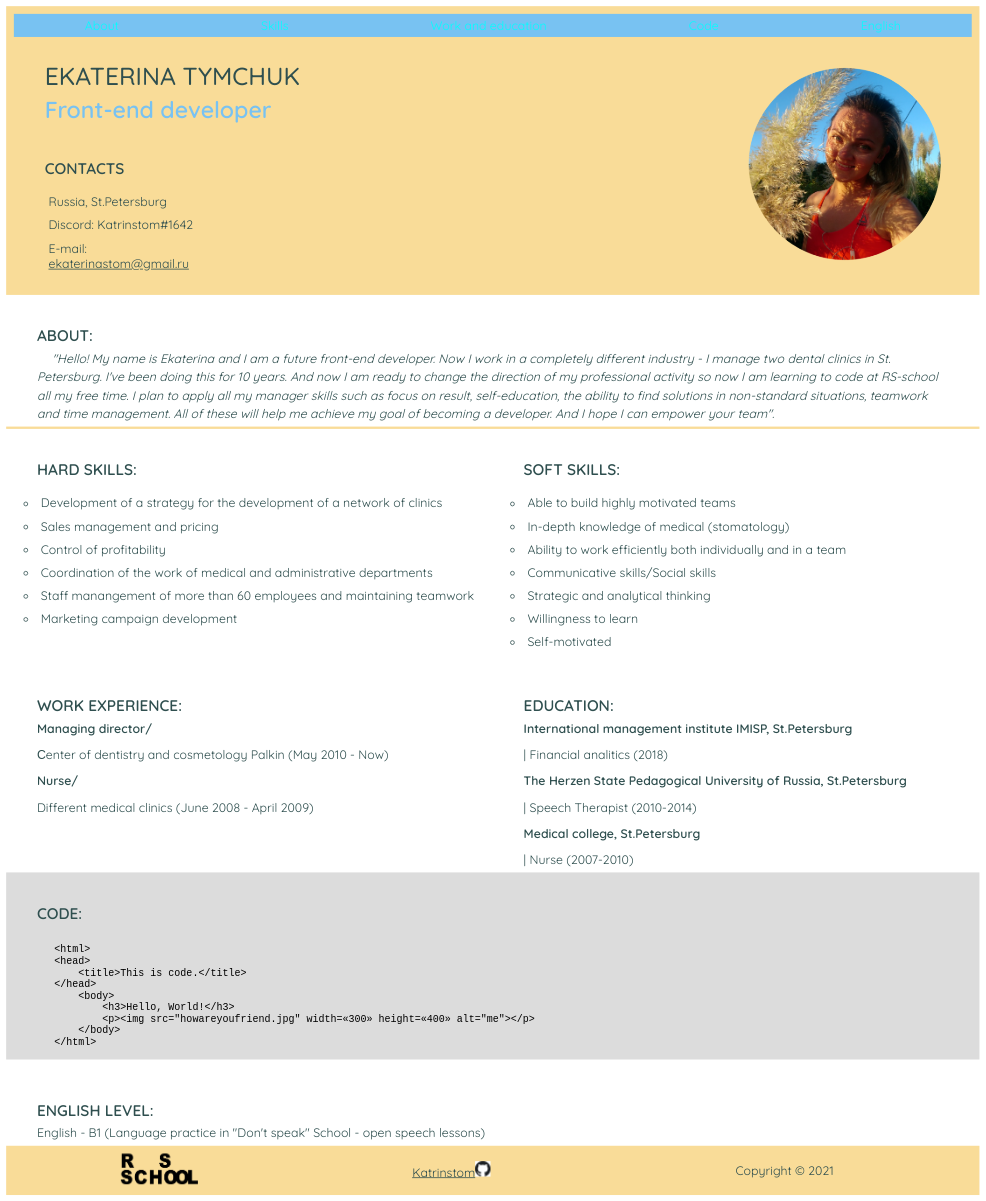
Repository: Katrinstom/rsschool-cv
Page: index.html
The author's editor kept a copy of each file at every save. The page is drawn from the files as they stood at one save, then again after the next save.
The browser window is 1280 px wide. The pictures show the whole page, at 77% of full size.

Above is the page before, as saved 2022-01-02 22:46:44.

### index.html
<!DOCTYPE html>
<html lang="en">
<head>
    <meta charset="UTF-8">
    <meta http-equiv="X-UA-Compatible" content="IE=edge">
    <meta name="viewport" content="width=device-width, initial-scale=1.0">
    <title>CV</title>
    <link type="text/css" rel="stylesheet" href="style.css"/>
    <link rel="preconnect" href="https://fonts.googleapis.com">
<link rel="preconnect" href="https://fonts.gstatic.com" crossorigin>
<link href="https://fonts.googleapis.com/css2?family=Quicksand:wght@400;500;600&display=swap" rel="stylesheet">
</head>
<body>
    <header class="bigblock section">
            <nav class="nav">
                <ul class="navlist">
                    <li class="nav-item"><a href="#about">About</a></li>
                    <li class="nav-item"><a href="#skills">Skills</a></li>
                    <li class="nav-item"><a href="#workandeducation">Work and education</a></li>
                    <li class="nav-item"><a href="#code">Code</a></li>
                    <li class="nav-item"><a href="#english">English</a></li>
                </ul>
            </nav>
                <img class="pic" src="images/1909_oooo.plus.png" alt="itsme" width="250" height="250">
                <h1>Ekaterina Tymchuk</h1>
                <h2>Front-end developer</h2>
                <h4>Contacts</h4>
                <ul class="nonumber">
                    <li>Russia, St.Petersburg</li>
                    <li>Discord: Katrinstom#1642</li>
                    <li>E-mail:<a href="mailto:ekaterinastom@gmail.ru"> ekaterinastom@gmail.ru</a></li>
                </ul>
        </header>
    <main class="section">
        <article>
            <div class="about" id="about">
                <h4>About:</h4>
                <p>"Hello! My name is Ekaterina and I am a future front-end developer. Now I work in a completely different industry - I manage two dental clinics in St. Petersburg. I've been doing this for 10 years. And now I am ready to change the direction of my professional activity so now I am learning to code at RS-school all my free time. I plan to apply all my manager skills such as focus on result, self-education, the ability to find solutions in non-standard situations, teamwork and time management. All of these will help me achieve my goal of becoming a developer. And I hope I can empower your team".</p>
            </div>
        </article>
        <section class="conteiner">
            <div class="skills" id="skills">
                <h4>Hard skills:</h4>
                <ul>
                    <li>Development of a strategy for the development of a network of clinics</li>
                    <li>Sales management and pricing</li>
                    <li>Control of profitability</li>
                    <li>Coordination of the work of medical and administrative departments</li>
                    <li>Staff manangement of more than 60 employees and maintaining teamwork</li>
                    <li>Marketing campaign development</li>
                </ul>
            </div>
            <div class="skills" id="skills">
                <h4>Soft skills:</h4>
                <ul>
                    <li>Able to build highly motivated teams</li>
                    <li>In-depth knowledge of medical (stomatology)</li>
                    <li>Ability to work efficiently both individually and in a team</li>
                    <li>Communicative skills/Social skills</li>
                    <li>Strategic and analytical thinking</li>
                    <li>Willingness to learn</li>
                    <li>Self-motivated</li>
                </ul>
            </div>
        </section>
        <section class="conteiner">
            <div style="clear:both"></div>
            <div class="workandeducation" id="workandeducation">
                <h4>Work experience:</h4>
                <b>Managing director/</b>
                <p>Сenter of dentistry and cosmetology Palkin (May 2010 - Now)</p>
                <b>Nurse/</b>
                <p>Different medical clinics (June 2008 - April 2009)</p>
            </div>
            <div class="workandeducation" id="workandeducation">
                <h4>Education:</h4>
                <b>International management institute IMISP, St.Petersburg</b>
                <p>| Financial analitics (2018)</p>
                <b>The Herzen State Pedagogical University of Russia, St.Petersburg</b>
                <p>| Speech Therapist (2010-2014)</p>
                <b>Medical college, St.Petersburg</b>
                <p>| Nurse (2007-2010)</p>
            </div>
        </section>
        <section>
            <div class="code" id="code">
                <h4>Code:</h4>
                <pre><code>
        &LT;html&GT;
        &LT;head&GT;
            &LT;title&GT;This is code.&LT;/title&GT;
        &LT;/head&GT;
            &LT;body&GT;
                &LT;h3&GT;Hello, World!&LT;/h3&GT;
                &LT;p&GT;&LT;img src="howareyoufriend.jpg" width=«300» height=«400» alt="me"&GT;&LT;/p&GT;
            &LT;/body&GT;
        &LT;/html&GT;
                </code></pre>
            </div>
            <div class="english" id="english">
            <h4>English level:</h4>
            <p>English - B1 (Language practice in "Don't speak" School - open speech lessons)</p>
            </div>
        </section>
    </main>
        <footer class="footer section">
            <div class="flexcont">
                <a href="https://rs.school/js/"><img src="images/logo-rsschool3.png" alt="logo-rsschool3" width="100" height="40"></a>
                <a href="https://github.com/Katrinstom">Katrinstom<img src="images/gitpic.png" alt="gitlogo" width="20" height="20"></a>
                <p>Copyright © 2021</p>
             </div>
        </footer>
</body>
</html>

### style.css
html {
    scroll-behavior: smooth;
}
.section {
    max-width: 1280px;
    margin: 0 auto;
    flex-direction: column;
}
main {
    display: flex;
}
.bigblock {
    height: auto;
    background-color: #f9dc98;
    padding: 10px;
}
.nav {
    background-color: #78c2f2;
}
.navlist {
    display: flex;
    justify-content: space-around;
    align-items: center;
    padding: 0;
    margin: 0;
}
.nav-item {
    list-style: none;
}
.nav-item a {
    text-decoration: none;
    color: cyan;
}
.nav-item a:hover {
    background-color: #f9dc98;
    transition: 0.5s;
}
body {
    font-family: 'Quicksand', sans-serif;
}
h1 {
  padding: 30px 40px 5px;
  text-align: left;
  font-family:'Quicksand', sans-serif;
  font-weight: 500;
  font-size: 32px;
  text-transform: uppercase;
  color:darkslategray;
  margin: 0;
}
h2 {
    padding: 0px 40px 5px;
    text-align: left;
    font-family:'Quicksand', sans-serif;
    font-size: 30px;
    color:#78c2f2;
    margin: 0;
}
h3 {
    padding: 0px 40px 5px;
    text-align: left;
    font-family:'Quicksand', sans-serif;
    font-size: 25px;
    color:darkgrey;
    margin: 0;
}
h4 {
    font-family:'Quicksand', sans-serif;
    font-size: 20px;
    text-transform: uppercase;
    padding: 40px 40px 0px;
    text-align: left;
    color: darkslategray;
    margin: 0;
}
ul {
    list-style-type:circle;
    padding: auto;
}
.nonumber {
    list-style-type:none;
}
li {
    text-align: left;
    color: darkslategray;
    font-family: 'Quicksand', sans-serif;
    margin: 0;
    padding: 5px 5px 5px;
}
.about {
    border-bottom: solid 3px #f9dc98;
}
.about p {
    text-align: left;
    color: darkslategray;
    font-family: 'Quicksand', sans-serif;
    font-style: italic;
    margin: 0;
    height: auto;
    width: auto;
    padding: 5px 40px 5px;
    line-height: 1.5;
    text-indent: 20px;
}
.english {
    text-align: left;
    color: darkslategray;
    margin: 0;
    height: auto;
    width: auto;
    padding: 0;
}
.conteiner {
    display: flex;
    flex-direction: row;
    justify-content: space-around;
}
.skills {
    text-align: left;
    color: darkslategray;
    font-family: 'Quicksand', sans-serif;
    margin: 0;
    height: auto;
    width: 50%;
    padding: 0;
}
.workandeducation {
    text-align: left;
    color: darkslategray;
    font-family: 'Quicksand', sans-serif;
    margin: 0;
    height: auto;
    width: 50%;
    padding: 0;
}
.pic {
    border-radius: 50%;
    float: right;
    padding: 40px;
}
p, b {
    display: block;
    text-align: left;
    color: darkslategray;
    font-family: 'Quicksand', sans-serif;
    margin: 0;
    height: auto;
    width: auto;
    padding: 5px 40px 5px;
    line-height: 1.5;
}
.code {
    text-align: left;
    background-color: gainsboro;
    display: block;
}
.flexcont {
    display: flex;
    flex-direction: row;
    justify-content: space-around;
    align-items: center;
}
a {
    display: block;
}
li a {
    color: darkslategray;
}
footer a {
    color: darkslategray;
}
.footer {
    height: auto;
    background-color: #f9dc98;
    padding: 10px;
}

After the next save:
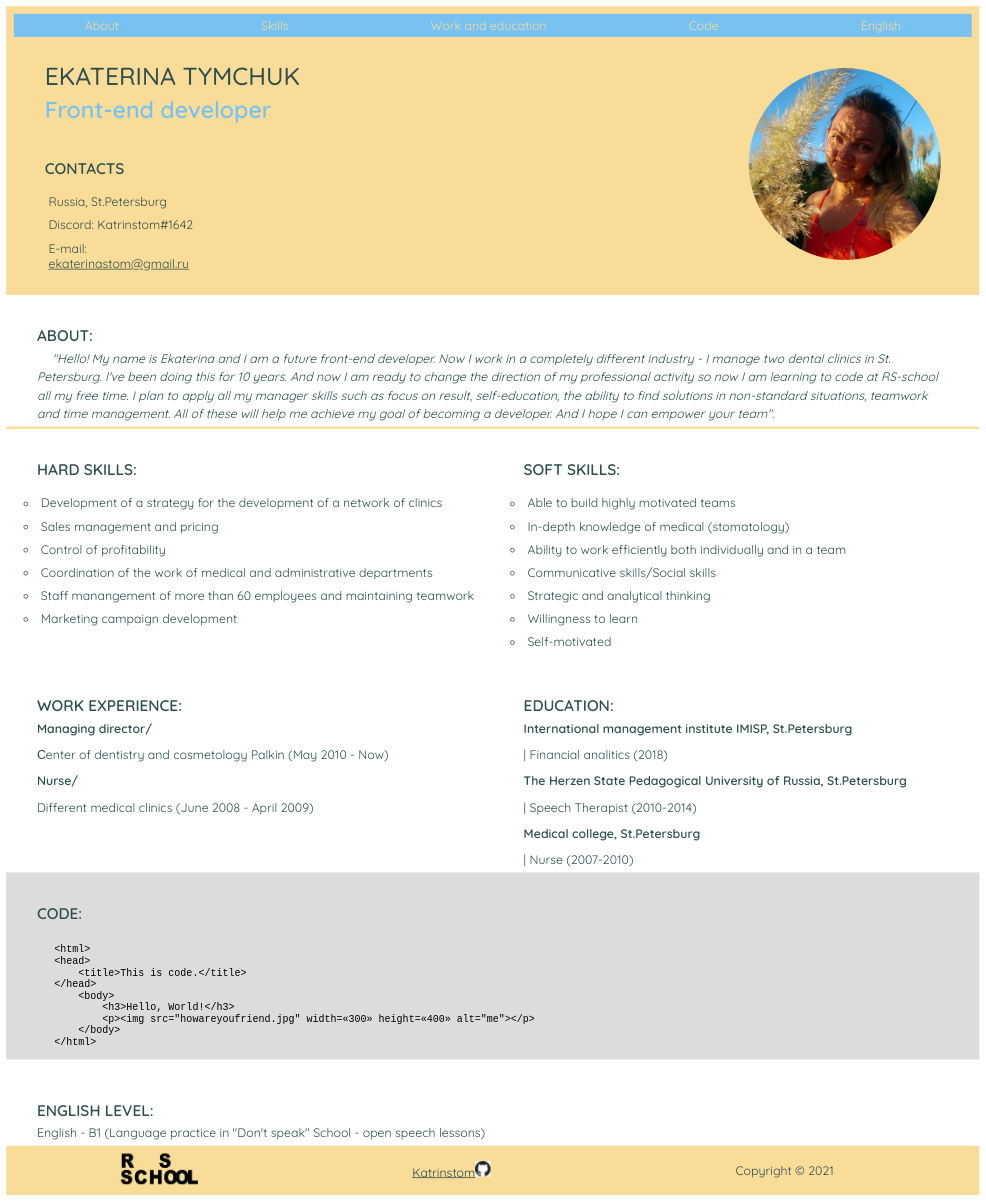
Saved 22 s later.
--- a/style.css
+++ b/style.css
@@ -29,7 +29,7 @@ main {
 }
 .nav-item a {
     text-decoration: none;
-    color: cyan;
+    color: #f9dc98;
 }
 .nav-item a:hover {
     background-color: #f9dc98;
